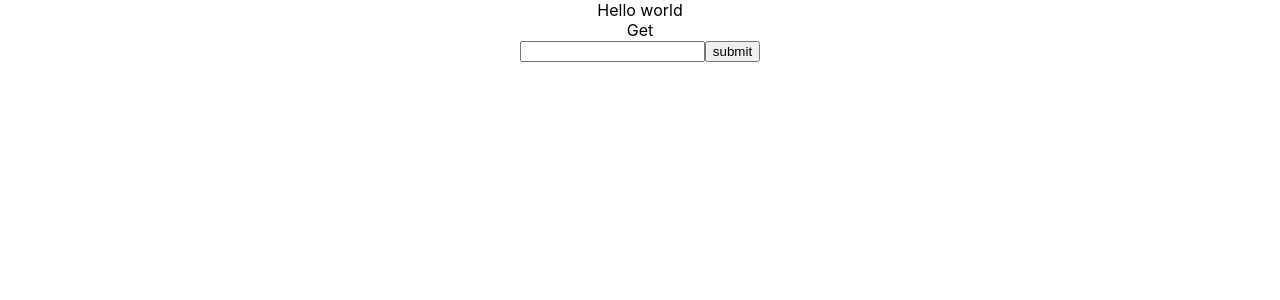
Repository: phunobi1807/phucocktail
Page: /
An editor plug-in stored every save of this project. The page is shown before and after the next save, followed by the edit.
The browser window is 1280 px wide. The pictures show the whole page.
The page's requests for data from a server got no answer. The project was rebuilt for these pictures with package versions that can differ from the ones it lists, and the page was loaded fresh each time. No one was signed in, and anything a server would have sent is missing.

Above is the page before, as saved 2021-09-24 19:45:10.

### src/App.js
// import logo from './logo.svg';
import './App.css';
// import axios from 'axios';
import CallCoctail from './api/CallCoctail';

function App() {

  return (
    <div className="App">
      Hello world
     <CallCoctail />
    </div>
  );
}

export default App;

### src/api/CallCoctail.js
import React, { Component } from 'react';
import axios from 'axios';

export class CallCoctail extends Component {
    state = {
       listCoctail: {},
       name: ""
    }
    async componentDidMount(){
        let res = await axios.get("https://www.thecocktaildb.com/api/json/v1/1/search.php?s=margarita");
        console.log("a", res.data.drinks)
        this.setState({
            listCoctail: res && res.data && res.data.drinks ? res.data.drinks : []
        })
    }
    handleChange = (e) =>{
        this.setState({
            name: e.target.value
        })

    }
    render() {
        let {listCoctail} = this.state;
        return (
            <div>
                <div className="container">Get</div>
                {listCoctail && listCoctail.length > 0 &&
                    listCoctail.map((item,index)=>{
                        return(

                            <div className="child-coctail" key={item.id}>
                                <p>Ten san pham:{item.idDrink}</p>
                                <p>Gia san pham:{item.strDrink}</p>
                                <img src={item.strImageSource} alt="" />
                            </div>


                        )
                    })

                }
                 <input type="text"  onChange={(e)=>this.handleChange(e)}/>
                 <input type="button" value="submit" />
            </div>
        )
    }
}

export default CallCoctail;

Loaded but not shown: public/index.html (common file); src/index.js (common file); src/index.css (common file); src/reportWebVitals.js (common file); src/App.css (common file)

After the next save:
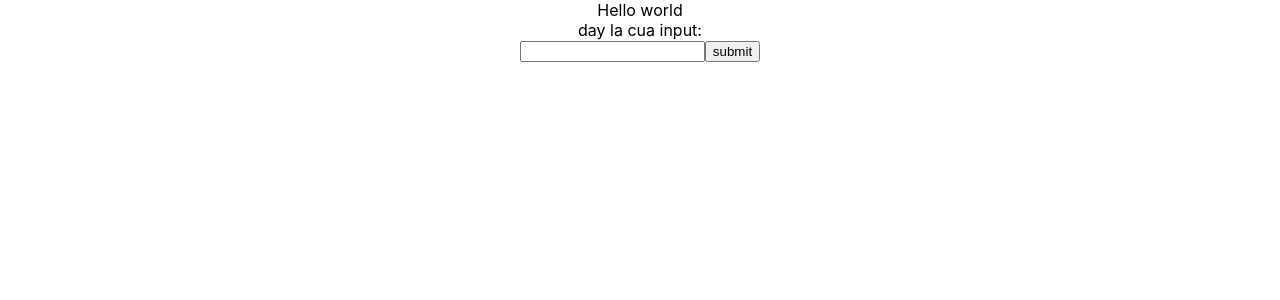
Saved 21 min 11 s later.
--- a/src/api/CallCoctail.js
+++ b/src/api/CallCoctail.js
@@ -23,7 +23,7 @@ export class CallCoctail extends Component {
         let {listCoctail} = this.state;
         return (
             <div>
-                <div className="container">Get</div>
+                <div className="container">day la cua input: {this.state.name}</div>
                 {listCoctail && listCoctail.length > 0 &&
                     listCoctail.map((item,index)=>{
                         return(
